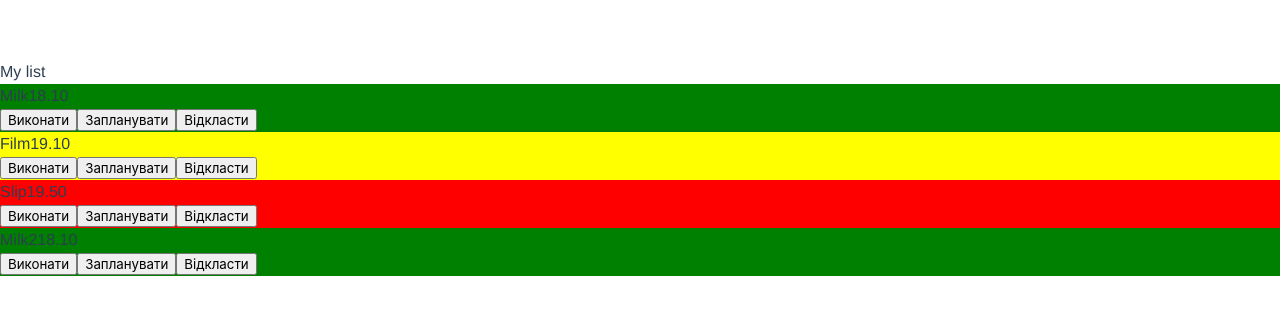
Repository: Olegche/sushi
Page: /
The author's editor kept a copy of each file at every save. The page is drawn from the files as they stood at one save, then again after a run of saves.
The browser window is 1280 px wide. The pictures show the whole page.
The project was rebuilt for these pictures with package versions that can differ from the ones it lists, and the page was loaded fresh each time.

Above is the page before, as saved 2020-10-12 18:03:54.

After the next 2 saves:
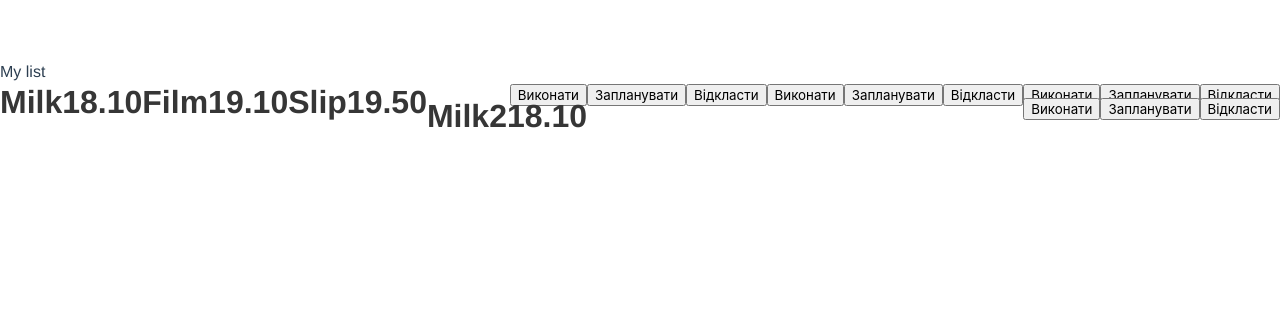
The 2 saves are shown as one change because they came seconds apart.
The last was saved 83 s later.
--- a/src/components/TodoList/TodoItem/index.vue
+++ b/src/components/TodoList/TodoItem/index.vue
@@ -1,15 +1,15 @@
 <template>
     <div :class="statusClass">
-        <div>
+        <div class="title">
             <span>{{task}}</span>
             <span>{{time}}</span>
         </div>
-        <div>
-        <button>Виконати</button>
-        <button @click="$emit('plan',id)">Запланувати</button>
-        <button @click="$emit('my-postponed')">
-            Відкласти
-        </button>
+        <div class="buttons">
+            <button>Виконати</button>
+            <button @click="$emit('plan',id)">Запланувати</button>
+            <button @click="$emit('my-postponed')">
+                Відкласти
+            </button>
         </div>
     </div>
 </template>
@@ -61,4 +61,11 @@
 .postponed{
     background-color: red;
 }
+
+.title{
+    float: left;
+}
+.buttons{
+    float:right;
+}
 </style>
